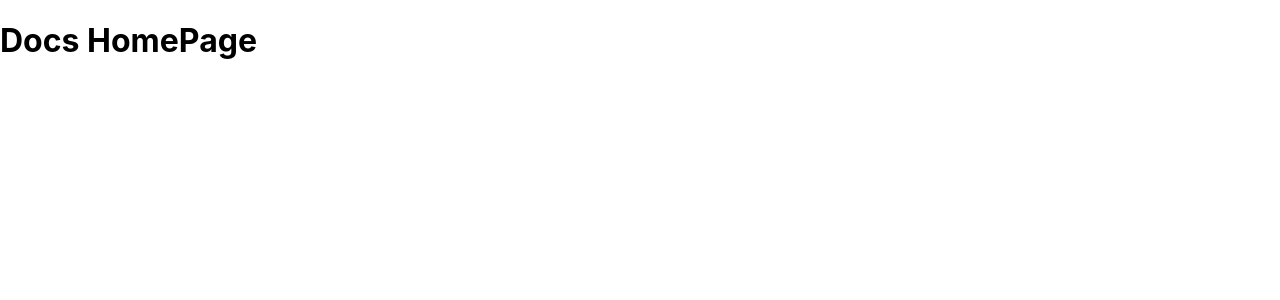
Repository: OmniaRafat232111121/NextJsTutrials
Page: /docs
An editor plug-in stored every save of this project. The page is shown before and after a run of saves, followed by the edit.
The browser window is 1280 px wide. The pictures show the whole page.
The project was rebuilt for these pictures with package versions that can differ from the ones it lists, and the page was loaded fresh each time. The framework's server and built-in components were replaced by stand-ins that run in the browser. Also part of the build but not shown: next.config.js.

Above is the page before, as saved 2022-11-13 12:03:16.

After the next 8 saves:
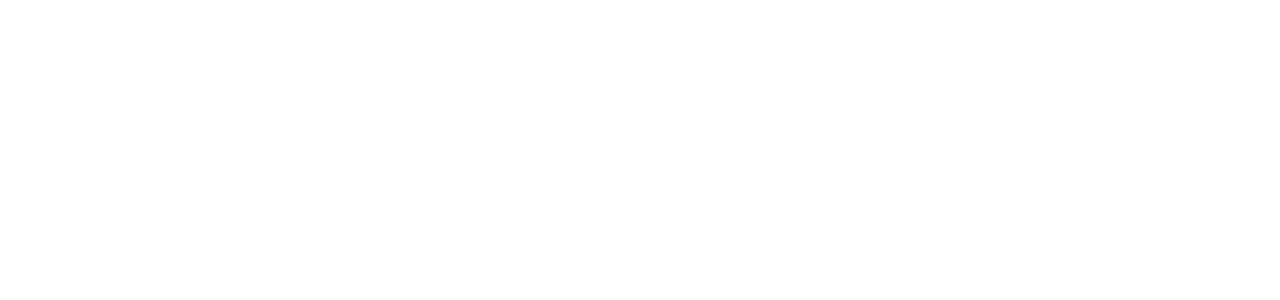
The 8 saves are shown as one change because they came seconds apart.
The last was saved 18 s later.
--- a/pages/docs/[...params].js
+++ b/pages/docs/[...params].js
@@ -2,8 +2,9 @@
 import { useRouter } from 'next/router';
 const Docs = () => {
     const router = useRouter();
-    const { params=[] } = router.query;
-    console.log(params)
+    const { params = [] } = router.query;
+
+   if(params.length)
   return (
     <div>
       <h1>Docs HomePage</h1>

After the 6 saves that followed:
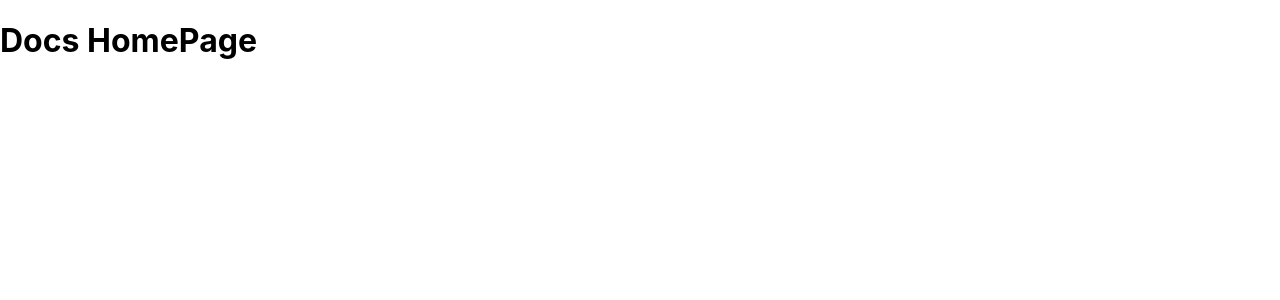
The 6 saves are shown as one change because 1 left the picture as it was and some came seconds apart.
The last was saved 13 s later.
--- a/pages/docs/[...params].js
+++ b/pages/docs/[...params].js
@@ -4,7 +4,9 @@
     const router = useRouter();
     const { params = [] } = router.query;
 
-   if(params.length)
+    if (params.length === 2) {
+
+   }
   return (
     <div>
       <h1>Docs HomePage</h1>
